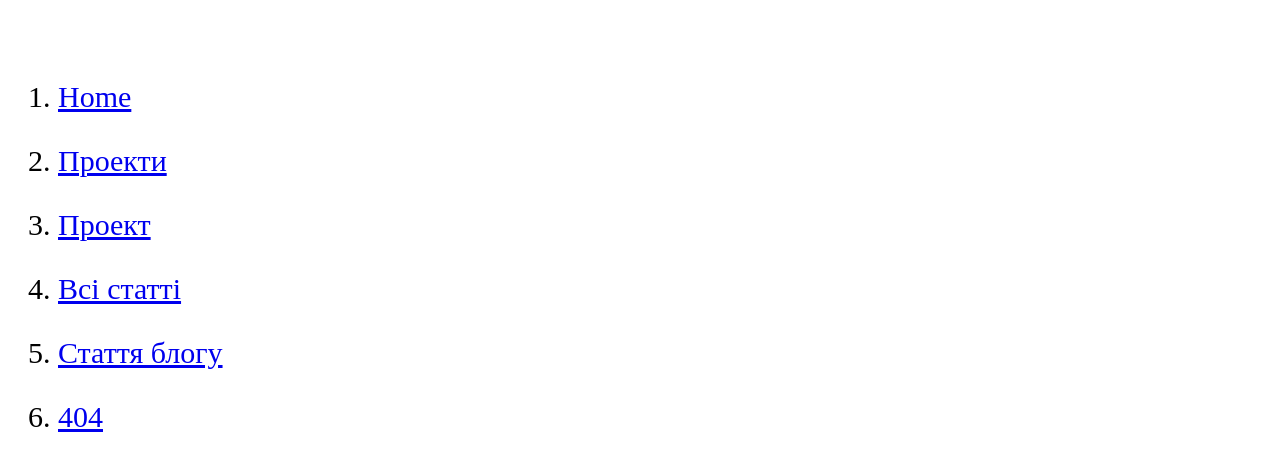
Repository: jekakoba/rd-outpatient-rehab
Page: src/pages/pages.html
These files come from the project's save history. The page is drawn as it stood at one moment and after the next save; the edit follows.
The browser window is 1280 px wide. The pictures show the whole page.

Above is the page before, as saved 2025-07-24 19:35:14.

### src/pages/pages.html
<!doctype html>
<html lang="en">
<include src="@h/other/head.html" locals='{
	"pageTitle": "Home",
	"meta": "We build modern housing in Irpen with emphasis on quality, comfort and safety. In our homes, we want to live, work, raise children and return after difficult days. We create not just square meters - we create spaces for the future."
}'>
</include>

<body>
	<ol style="display: grid; gap: 30px; padding: 50px; font-size: 30px;">
		<li><a style="text-decoration: underline;" target="_blank" href="home.html">Home</a></li>
		<li><a style="text-decoration: underline;" target="_blank" href="projects.html">Проекти</a></li>
		<li><a style="text-decoration: underline;" target="_blank" href="project.html">Проект</a></li>
		<li><a style="text-decoration: underline;" target="_blank" href="blog.html">Всі статті</a></li>
		<li><a style="text-decoration: underline;" target="_blank" href="article.html">Стаття блогу</a></li>
		<li><a style="text-decoration: underline;" target="_blank" href="404.html">404</a></li>
	</ol>
</body>

</html>

After the next save:
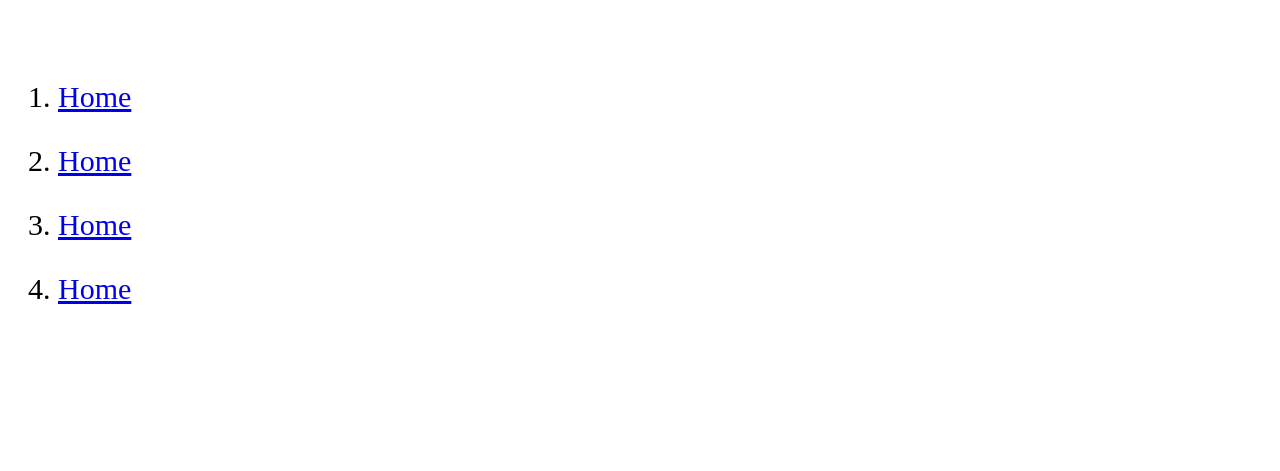
Saved 2 min 1 s later.
--- a/src/pages/pages.html
+++ b/src/pages/pages.html
@@ -9,11 +9,9 @@
 <body>
 	<ol style="display: grid; gap: 30px; padding: 50px; font-size: 30px;">
 		<li><a style="text-decoration: underline;" target="_blank" href="home.html">Home</a></li>
-		<li><a style="text-decoration: underline;" target="_blank" href="projects.html">Проекти</a></li>
-		<li><a style="text-decoration: underline;" target="_blank" href="project.html">Проект</a></li>
-		<li><a style="text-decoration: underline;" target="_blank" href="blog.html">Всі статті</a></li>
-		<li><a style="text-decoration: underline;" target="_blank" href="article.html">Стаття блогу</a></li>
-		<li><a style="text-decoration: underline;" target="_blank" href="404.html">404</a></li>
+		<li><a style="text-decoration: underline;" target="_blank" href="home.html">Home</a></li>
+		<li><a style="text-decoration: underline;" target="_blank" href="home.html">Home</a></li>
+		<li><a style="text-decoration: underline;" target="_blank" href="home.html">Home</a></li>
 	</ol>
 </body>
 
